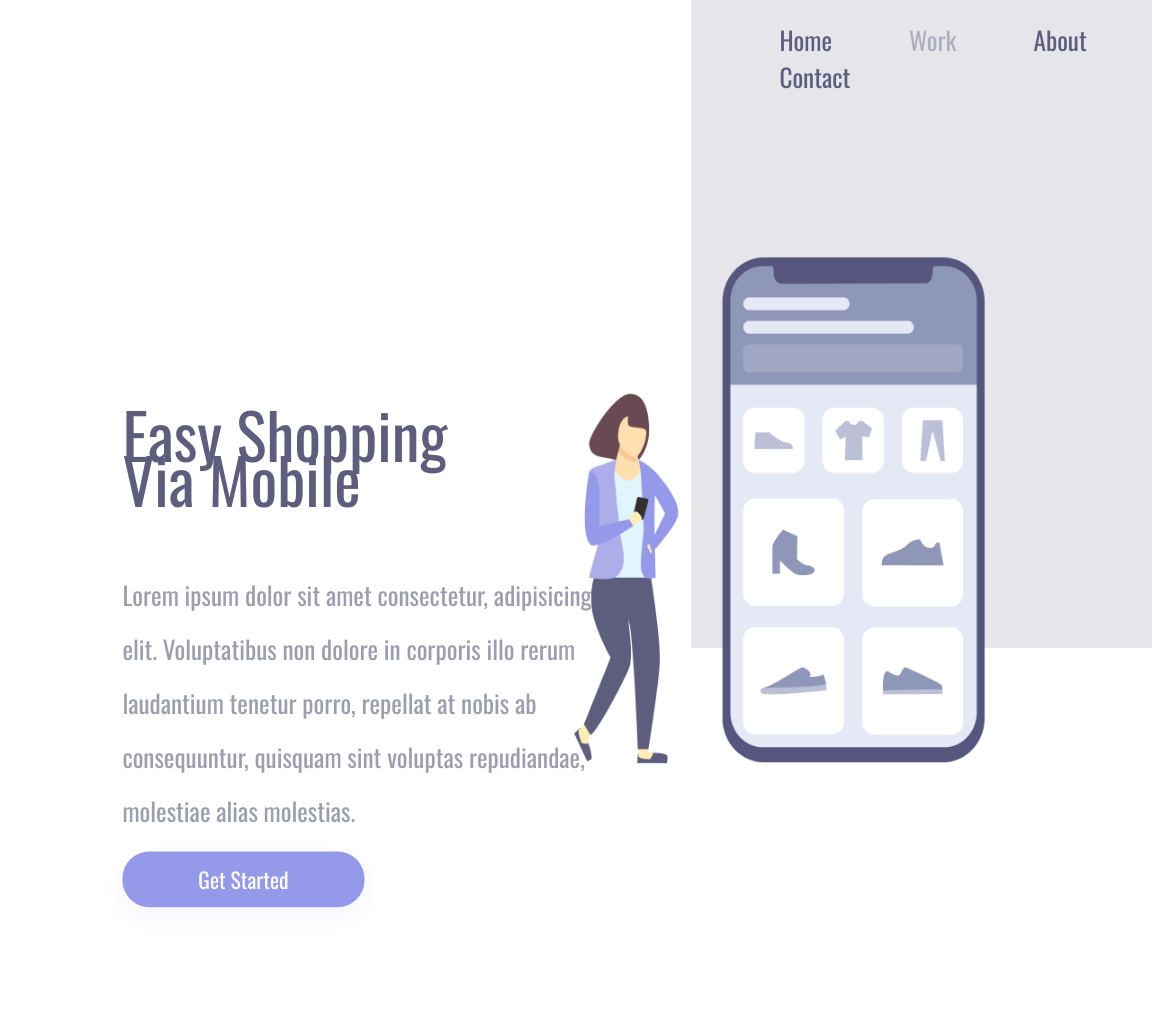
Repository: DihOliver/Projeto-Responsivo
Page: index.html
The author's editor kept a copy of each file at every save. The page is drawn from the files as they stood at one save, then again after the next save.
The browser window is 1280 px wide. The pictures show the whole page, at 90% of full size.
Some web fonts or font styles are not loaded; a fallback is used.

Above is the page before, as saved 2023-06-26 14:59:26.

### index.html
<!DOCTYPE html>
<html lang="en">
  <head>
    <meta charset="UTF-8" />
    <meta http-equiv="X-UA-Compatible" content="IE=edge" />
    <meta name="viewport" content="width=device-width, initial-scale=1.0" />
    <link rel="stylesheet" href="./styles.css" />
    <link rel="preconnect" href="https://fonts.googleapis.com" />
    <link rel="preconnect" href="https://fonts.gstatic.com" crossorigin />
    <link
      href="https://fonts.googleapis.com/css2?family=Montserrat:ital,wght@0,500;0,600;0,700;0,900;1,400&family=Oswald&family=Poppins:wght@400;500;700&family=Roboto:wght@400;500;700&family=Tilt+Prism&display=swap"
      rel="stylesheet"
    />
    <title>Css - Responsividade</title>
  </head>
  <body>
    <div class="wrapper">
      <section class="container-left">
        <h1>Easy Shopping Via Mobile</h1>
        <p>
          Lorem ipsum dolor sit amet consectetur, adipisicing elit. Voluptatibus
          non dolore in corporis illo rerum laudantium tenetur porro, repellat
          at nobis ab consequuntur, quisquam sint voluptas repudiandae,
          molestiae alias molestias.
        </p>
        <button>Get Started</button>
      </section>
      <section class="container-rigth">
        <header>
          <a>Home</a>
          <a>Work</a>
          <a>About</a>
          <a>Contact</a>
        </header>
        <img alt="Girl=cellphone.png" src="./img/girl-cellphone.png" />
      </section>
    </div>
  </body>
</html>

### styles.css
*{
    margin: 0;
    padding: 0;
    box-sizing: border-box;
    font-family: 'Oswald', sans-serif;
    font-weight: 400;
}

.wrapper {
    height: 100vh;
    width: 100vw;

}

.container-left {
    display: inline-block;
    width: 60%;
    padding: 136px;
    margin-top: 25%;


}


.container-rigth {
    display: inline-block;
    background-color: rgba(93,93,125,0.16);
    height: 100vh;
    position: absolute;
    width: 540px;
    width: 40%;


}

img {
    position: relative;
    top: 25%;
    right: 130px;
}

h1 {
    font-weight: 0px;
    font-size: 70px;
    line-height: 50px;
    color: #5D5D7D;
    width: 368px;
    height: 160px;
    width: 368px;

}

p {
    font-size: 28px;
    line-height: 60px;
    color: #5D5D7D;
    opacity: 0.6;
    margin: 15px 0;
    width: 540px;

}

button {
    width: 269px;
    height: 62px;
    background: #9499EA;
    font-size: 24px;
    line-height: 36px;
    text-align: center;
    box-shadow: 0px 10px 24px rgba(148, 153, 234, 0.0979959);
    color: #FFFFFF;
    border: none;
    border-radius: 30px;
    cursor: pointer;
    }

    button:hover {
        opacity: .8;
    }

    button:active {
        opacity: .5;
    }

    a {
        font-size: 28px;
        line-height: 41px;
        color: #5D5D7D;
        margin: 41px;
        cursor: pointer;
    }

    a:nth-child(2) {
        opacity: 0.4;

    }

    a:hover {
        opacity: 0.4;
    }

    a:active {
        opacity: 0.8;
    }

    header {
        margin: 24px 0 0 57px;
    }

    @media screen and (max-width: 900px) {
        .container-left {
            width: 100%;
            height: 50%;
            padding: 0;
            margin: 0;
        }

        .container-rigth {
            display: block;
            height: auto;
            width: 100px;
            position: static;
            padding: 40px;
        }

        img {
            position: static;

        }

        header {
            display: none;
        }

        h1 {
            font-size:36px;
            line-height: 52px;
            width: auto;
            margin: 58px 50px 0 50px;
            text-align: center;

        }

        p {
            margin: 15px 40px;
            width: auto;
            text-align: center;
            font-size: 14px;
            line-height: 24px;
        }

        button {
            margin: 0 auto;
            display: block;
        }



    }

After the next save:
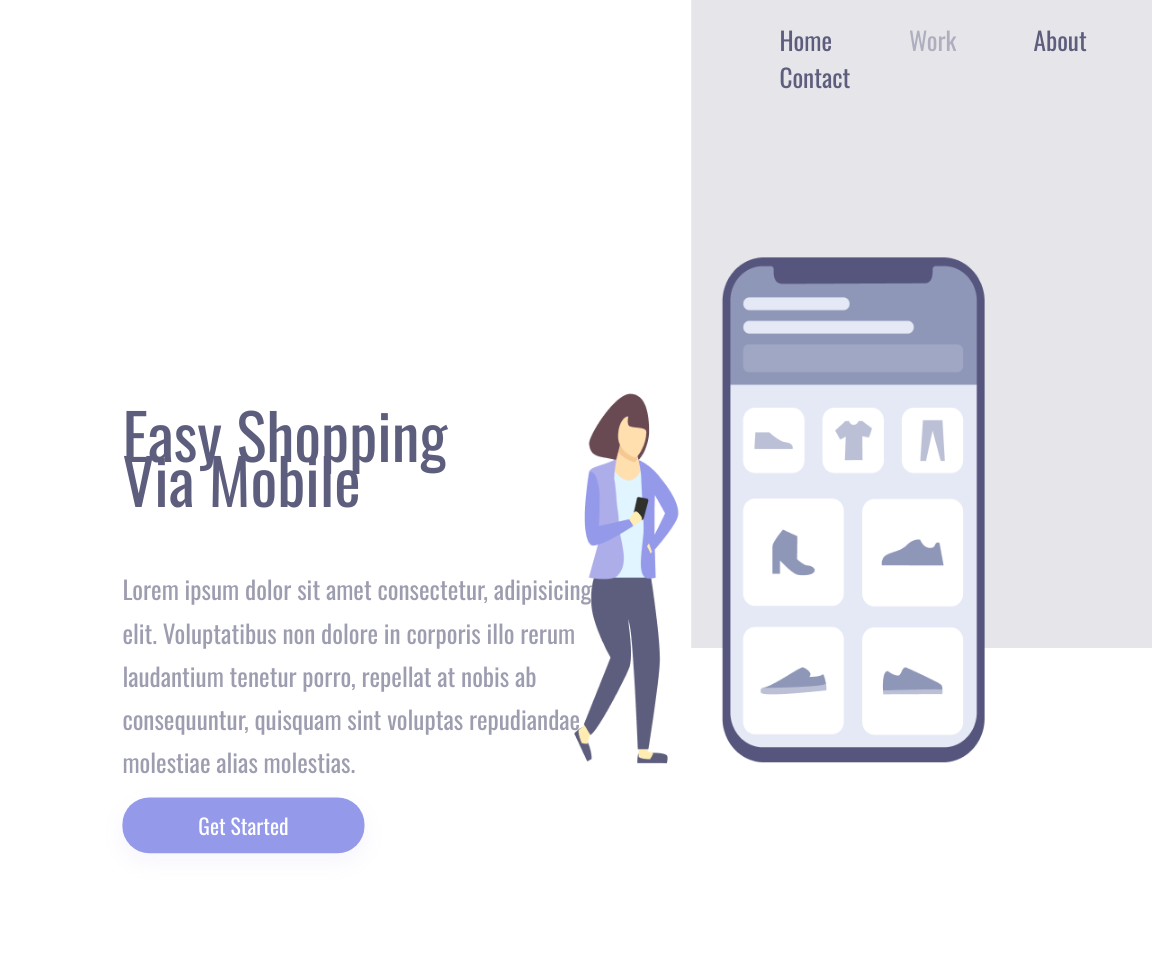
Saved 6 s later.
--- a/styles.css
+++ b/styles.css
@@ -52,7 +52,7 @@ h1 {
 
 p {
     font-size: 28px;
-    line-height: 60px;
+    line-height: 48px;
     color: #5D5D7D;
     opacity: 0.6;
     margin: 15px 0;
